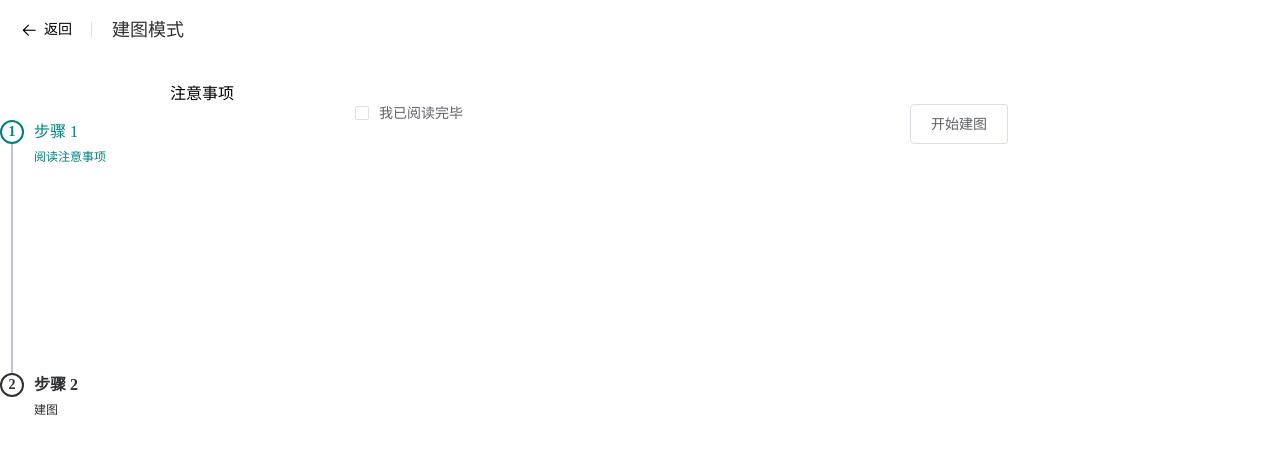
Repository: Forever518/BUAA_SE_Embedded_2021
Page: /#/Build (app in web/ros_web/)
These files come from the project's save history. The page is drawn as it stood at one moment and after the next save; the edit follows.
The browser window is 1280 px wide. The pictures show the whole page.
The project was rebuilt for these pictures with package versions that can differ from the ones it lists, and the page was loaded fresh each time. Also part of the build but not shown: web/ros_web/src/components/home.vue, web/ros_web/src/components/settings.vue, web/ros_web/src/components/help.vue, web/ros_web/src/components/about.vue, web/ros_web/src/views/Main.vue, web/ros_web/src/views/Mark.vue, web/ros_web/src/components/buildings.vue, web/ros_web/src/views/Serve.vue.

Above is the page before, as saved 2021-05-08 14:48:04.

After the next save:
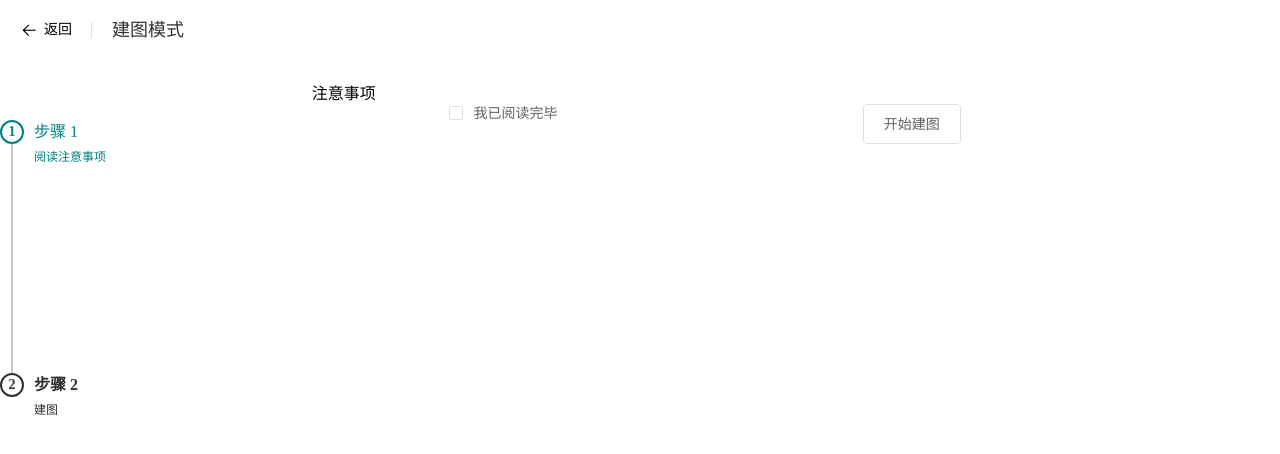
Saved 45 s later.
--- a/web/ros_web/src/components/attentions.vue
+++ b/web/ros_web/src/components/attentions.vue
@@ -49,4 +49,9 @@
 .messageBox {
   height: 80%!important;
 }
+.bodyBox {
+  height: 100%!important;
+  margin-left: 13%;
+  margin-right: 13%;
+}
 </style>
